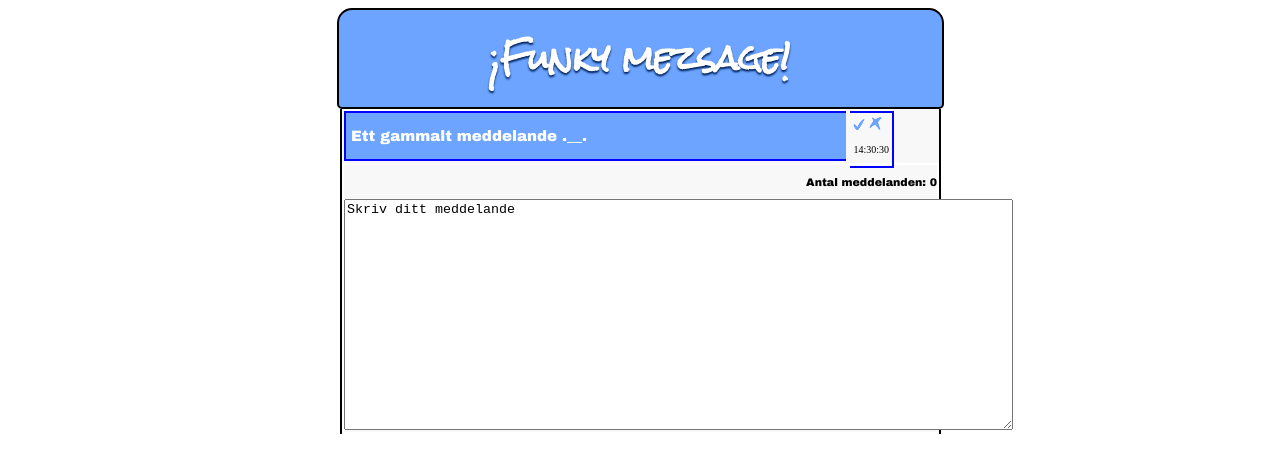
Repository: sk222sw/1dv403-laborationer
Page: 2-labbymezzage/index.html
The author's editor kept a record of every edit. The page is drawn from the files as they stood at one moment, then again after the next edit.
The browser window is 1280 px wide. The pictures show the whole page.

Above is the page before.

### 2-labbymezzage/index.html
<!DOCTYPE html>
<html lang="sv">
<head>
    <meta charset="utf-8" />
    <title>Labby Message</title>

    <link rel="stylesheet" href="css/css.css" />

    <link href='http://fonts.googleapis.com/css?family=Rock+Salt' rel='stylesheet' type='text/css'>

</head>
    <body>
        <div id="container">
            <header>
                <h1>¡Funky mezsage!</h1>
            </header>

            <main>
                <section id="mainsection">
                    <section class="oldMsg">

                        <div id="buttons">
                            <div id="timeButton"></div>
                            <div id="deleteButton"></div>
                            <p class="time">14:30:30</p>
                        </div>

                        <div id="oldMessageText">
                            <p class="msgText">Ett gammalt meddelande .__.</p>
                        </div>
                    </section>

                    <section id="newTextSection">
                        <p id="messageCounter">Antal meddelanden: 0</p>
                        <textarea id="newMsg" name="textarea" rows="15" cols="81">Skriv ditt meddelande</textarea>
                    </section>
                </section>
            </main>

            <script type="text/javascript" src="script/Message.js"></script>
            <script type="text/javascript" src="script/script.js"></script>
            <script type="text/javascript" src="script/MessageBoard.js"></script>
        </div>
    </body>
</html>

### 2-labbymezzage/css/css.css
/*
container
    main
        header
            h1
        section
            p
            textarea
*/

container: {
    width: 600px;
}

main {
    width: 600px;

    margin: 0 auto;
}

#mainsection {
    width: 597px;

    background: #f8f8f8;

    border-right: solid black 2px;
    border-left: solid black 2px;
}

header {
    margin: 0 auto;
    margin-bottom: 0px;
    background: #6CA4FF;

    width: 603px;

    border: solid black 2px;
    border-bottom: solid black 2px;

    border-top-left-radius: 15px;
    border-top-right-radius: 15px;
    border-bottom-left-radius: 5px;
    border-bottom-right-radius: 5px;

    padding-top: 10px;
    padding-bottom: 10px;
}

h1 {
    position: relative;
    margin: 0 auto;

    text-align: center;
    color: white;
    text-shadow: 0px 2px 2px #00235E;
    font-family: "Rock Salt";

}

.area {
    position: relative;
}

.oldMsg {
    position: relative;

    width: 550px;
    border: solid white 2px;

    margin-bottom: 50px;
    padding: -2px;
}

.time {
    text-align: right;
    font-size: 10px;
}


#timeButton {
	background: url('../pics/checksprite.png') no-repeat -2px -2px;
	width: 12px;
	height: 11px;
	display: inline-block;
}

#deleteButton {
	background: url('../pics/checksprite.png') no-repeat -17px -2px;
	width: 13px;
	height: 13px;
	display: inline-block;
}

#oldMessageText {
    border-bottom: solid #0004FF 2px;
    border-top: solid #0004FF 2px;
    border-left: solid #0004FF 2px;
    width: 500px;
    float: left;

    background-color: #6ca4ff;
    color: white;
    font-family: 'Arial Black', sans-serif;
    font-size: 15px;

}

#buttons {
    padding: 3px;
    padding-bottom: 1px;
    border-right: solid #0004FF 2px;
    border-top: solid #0004FF 2px;
    border-bottom: solid #0004FF 2px;
    float: right;
}

#newTextSection {


    display: block;
    border: solid white 2px;

    font-family: 'Arial Black';
    font-size: 11px;
}

#messageCounter {
    text-align: right;
}

.msgText {
    padding-left: 5px;
}

### 2-labbymezzage/script/Message.js
"use strict";

function Message (message, date) {

    this.getText = function() {
        return message;
    },

    this.setText = function(_text) {
        message = _text;
    };

    this.getDate = function() {
        return date;
    };

    this.setDate = function(_date) {
        date = _date;
    };

}

Message.prototype.toString = function() {
    return this.getText()+" ("+this.getDate()+")";
};

Message.prototype.getHTMLText = function() {
    return Message.getText;
};

Message.prototype.getDateText = function() {
    return Message.getDate;
};
/*
var mess = new Message("hej", new Date());
alert(mess);
alert(mess.getText());
mess.setText("en annan text");
alert(mess);
*/

### 2-labbymezzage/script/script.js
"use strict";

    var engine = {

    };

### 2-labbymezzage/script/MessageBoard.js
"use strict";

    var MessageBoard = {

        messages: [],

        init:function(e){

            MessageBoard.messages.push("1", 2, 54, "hej");
            console.log(MessageBoard.messages);
        }
    };

window.onload = MessageBoard.init;

After the next edit:
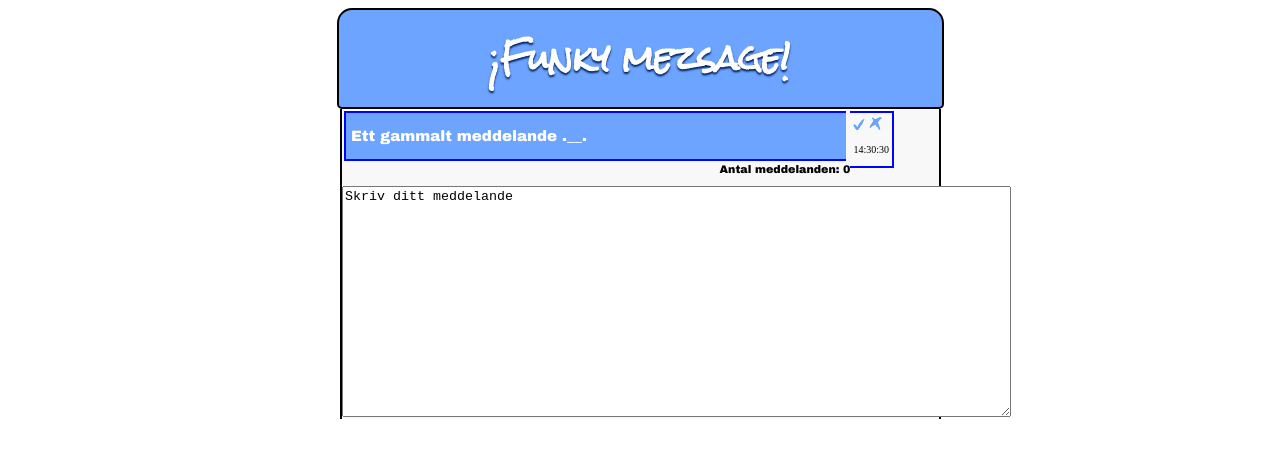
The edit:
--- a/2-labbymezzage/css/css.css
+++ b/2-labbymezzage/css/css.css
@@ -115,10 +115,7 @@
 }
 
 #newTextSection {
-
-
     display: block;
-    border: solid white 2px;
 
     font-family: 'Arial Black';
     font-size: 11px;
